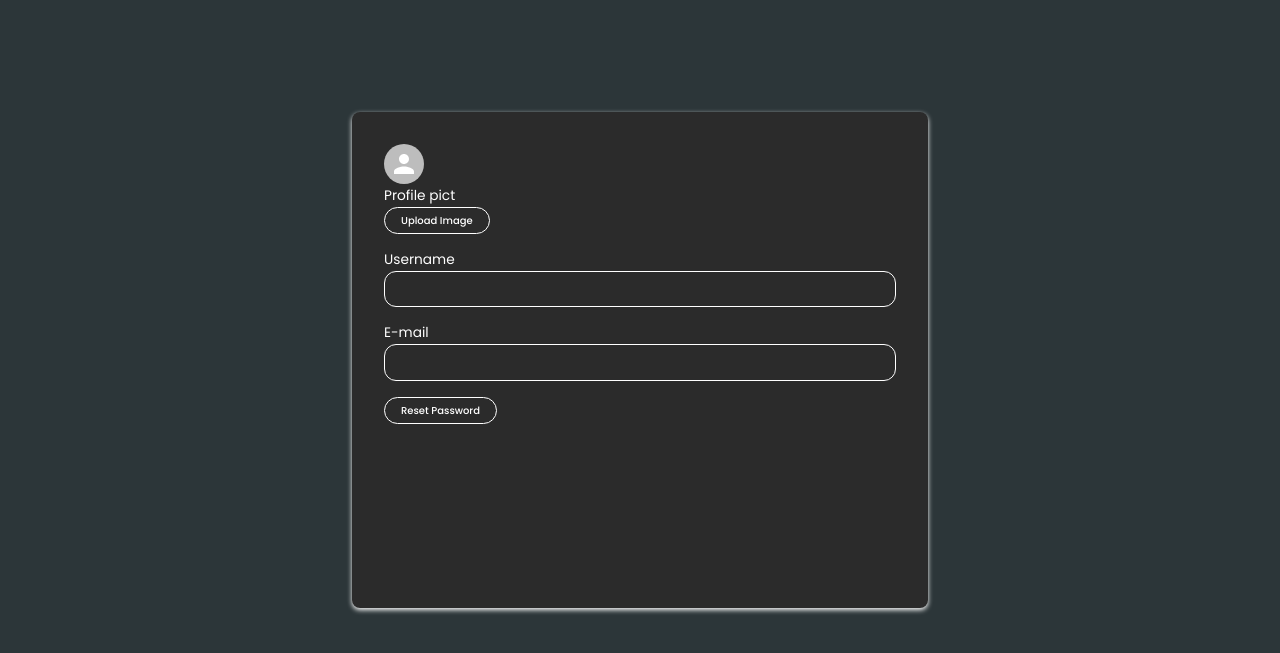
Repository: IzzaSuni/Izza-ToDo
Page: /publicNote/Private/profile
The author's editor kept a copy of each file at every save. The page is drawn from the files as they stood at one save, then again after the next save.
The browser window is 1280 px wide. The pictures show the whole page.
The project was rebuilt for these pictures with package versions that can differ from the ones it lists, and the page was loaded fresh each time. Also part of the build but not shown: src/App.css, src/services.js, src/components/List.js, src/components/Filter.js, src/components/ohayo.js, src/utils/Query.js, src/components/navbar.js, src/components/MainPage.js and 4 more.

Above is the page before, as saved 2022-08-23 22:02:32.

After the next save:
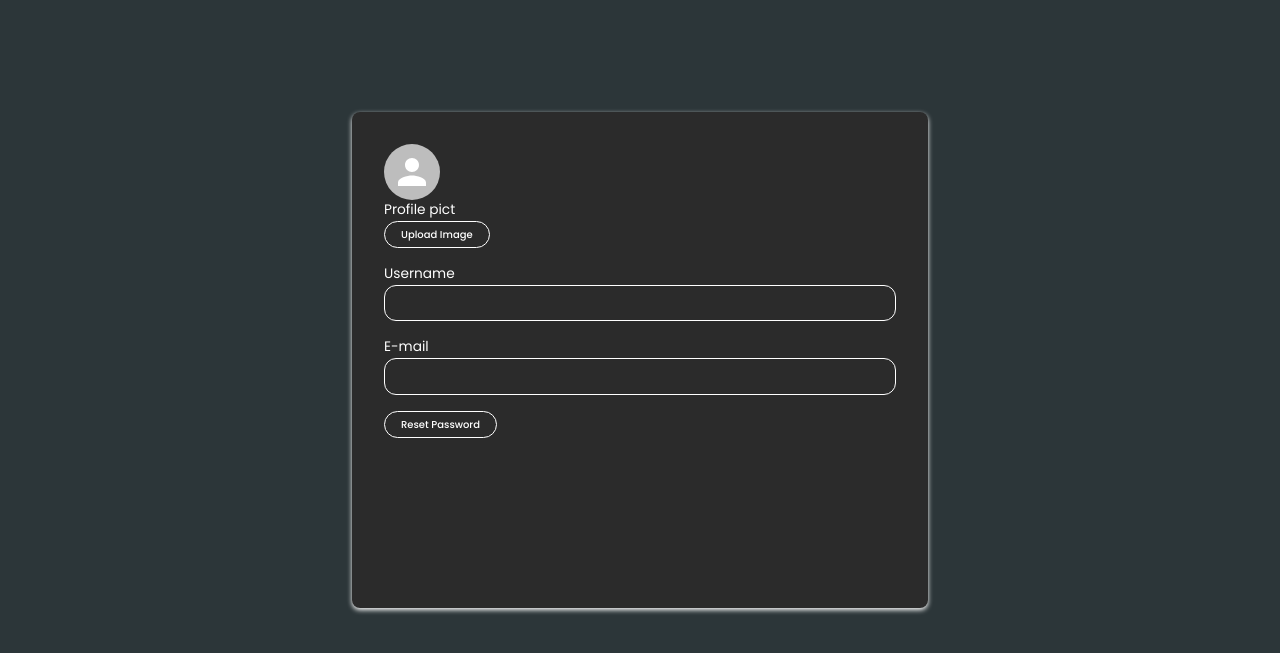
Saved 88 s later.
--- a/src/components/Profile.js
+++ b/src/components/Profile.js
@@ -44,7 +44,7 @@ export default function Profile() {
       <Box className={classes.container}>
         <Box className={`${classes.card} shadow`}>
           <Box display="inline-flex">
-            <Avatar sizes="35px" src={image ? image : user.picture}></Avatar>
+            <Avatar sx={{ width: '56px', height: '56px' }} src={image ? image : user.picture}></Avatar>
           </Box>
           <Box>
             <Box pb={2}>
